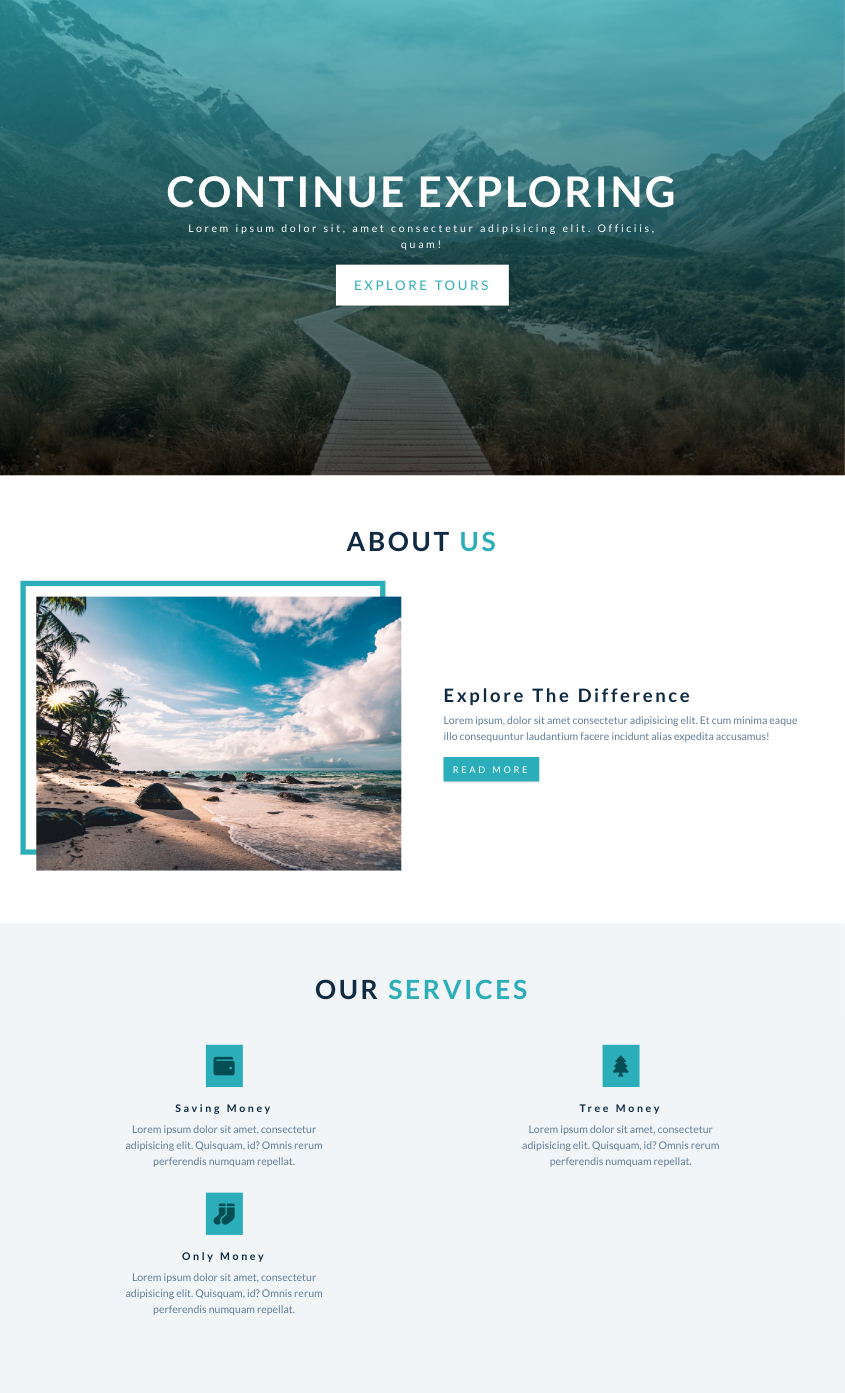
Repository: Ndifoinhilary/flexbox-project
Page: index.html
The author's editor kept a copy of each file at every save. The page is drawn from the files as they stood at one save, then again after the next save.
The browser window is 1280 px wide. The pictures show the whole page, at 66% of full size.

Above is the page before, as saved 2024-01-21 15:27:10.

### index.html
<!DOCTYPE html>
<html lang="en">
  <head>
    <meta charset="UTF-8" />
    <meta name="viewport" content="width=device-width, initial-scale=1.0" />
    <meta http-equiv="X-UA-Compatible" content="ie=edge" />
    <title>Backroads || Tour Company</title>
    <!-- favicon -->
    <link rel="shortcut icon" href="./images/favicon.ico" type="image/x-icon" />
    <!-- font-awesome -->
    <link rel="stylesheet" href="fontawesome-free-5.9.0-web/css/all.min.css" />
    <!-- styles css -->
    <link rel="stylesheet" href="./css/main.css" />
  </head>
  <body>
    <header id="home">
      <!-- nav bar -->
      <!-- end of nav bar -->
  <!-- hero section  -->
  <div class="hero">
    <div class="hero-banner">
      <h1>continue exploring</h1>
      <p>Lorem ipsum dolor sit, amet consectetur adipisicing elit. Officiis, quam!</p>
      <a href="#feature" class="btn hero-btn scroll-link ">explore tours</a>
    </div>
  </div>
   <!-- end of hero section  -->
    </header>
    <!-- end of header -->
   <!-- section -->
    <section class="section" id="about">
      <!-- section title -->
      <div class="section-title">
        <h2>about <span>us</span></h2>
      </div>
            <!-- section title -->
        <div class="section-center about-center">
          <!-- about image wrapper -->
          <article class="about-img">
            <img src="./images/about.jpeg"  class="about-photo" alt="awesome">
          </article>
          <!-- about infor -->
          <artilce class="about-info">
            <h3>explore the difference</h3>
            <p>Lorem ipsum, dolor sit amet consectetur adipisicing elit. Et cum minima eaque illo consequuntur laudantium facere incidunt alias expedita accusamus!</p>
            <a href="#" class="btn">read more</a>
          </artilce>
        </div>
    </section>
    <!-- end of about  section -->


    <!-- service section start -->

    <section class="section services" id="servics">
      <div class="section-title">
        <h2>our <span>services</span></h2>
      </div>
      <div class="section-center services-center">
        <!-- single service -->
        <article class="service">
          <span class="service-icon">
            <i class="fas fa-wallet fa-fw"></i>
          </span>
          <div class="service-info">
            <h4 class="service-title" >saving money</h4>
            <p class="service-text"> Lorem ipsum dolor sit
              amet, consectetur adipisicing elit. Quisquam, id?
               Omnis rerum perferendis numquam repellat.</p>
          </div>
        </article>
        <article class="service">
          <span class="service-icon">
            <i class="fas fa-tree fa-fw"></i>
          </span>
          <div class="service-info">
            <h4 class="service-title" >tree money</h4>
            <p class="service-text"> Lorem ipsum dolor sit
              amet, consectetur adipisicing elit. Quisquam, id?
               Omnis rerum perferendis numquam repellat.</p>
          </div>
        </article>
         <article class="service">
          <span class="service-icon">
            <i class="fas fa-socks fa-fw"></i>
          </span>
          <div class="service-info">
            <h4 class="service-title" >only  money</h4>
            <p class="service-text"> Lorem ipsum dolor sit
              amet, consectetur adipisicing elit. Quisquam, id?
               Omnis rerum perferendis numquam repellat.</p>
          </div>
        </article>
      </div>
      </section>



    <!-- end of service section start -->
  </body>
</html>

### css/main.css
/*
===============
Fonts
===============
*/
@import url("https://fonts.googleapis.com/css?family=Lato:400,700&display=swap");

/*
===============
Variables
===============
*/

:root {
  /* dark shades of primary color*/
  --clr-primary-1: hsl(184, 91%, 17%);
  --clr-primary-2: hsl(185, 84%, 25%);
  --clr-primary-3: hsl(185, 81%, 29%);
  --clr-primary-4: hsl(184, 77%, 34%);
  /* primary/main color */
  --clr-primary-5: hsl(185, 62%, 45%);
  /* lighter shades of primary color */
  --clr-primary-6: hsl(185, 57%, 50%);
  --clr-primary-7: hsl(184, 65%, 59%);
  --clr-primary-8: hsl(184, 80%, 74%);
  --clr-primary-9: hsl(185, 94%, 87%);
  --clr-primary-10: hsl(186, 100%, 94%);
  /* darkest grey - used for headings */
  --clr-grey-1: hsl(209, 61%, 16%);
  --clr-grey-2: hsl(211, 39%, 23%);
  --clr-grey-3: hsl(209, 34%, 30%);
  --clr-grey-4: hsl(209, 28%, 39%);
  /* grey used for paragraphs */
  --clr-grey-5: hsl(210, 22%, 49%);
  --clr-grey-6: hsl(209, 23%, 60%);
  --clr-grey-7: hsl(211, 27%, 70%);
  --clr-grey-8: hsl(210, 31%, 80%);
  --clr-grey-9: hsl(212, 33%, 89%);
  --clr-grey-10: hsl(210, 36%, 96%);
  --clr-white: #fff;
  --ff-primary: "Lato", sans-serif;
  --transition: all 0.3s linear;
  --spacing: 0.25rem;
  --radius: 0.5rem;
  --light-shadow: 0 5px 15px rgba(0, 0, 0, 0.1);
  --dark-shadow: 0 5px 15px rgba(0, 0, 0, 0.2);
}
/*
===============
Global Styles
===============
*/

* {
  margin: 0;
  padding: 0;
  box-sizing: border-box;
}
body {
  font-family: var(--ff-primary);
  background: var(--clr-white);
  color: var(--clr-grey-1);
  line-height: 1.5;
  font-size: 0.875rem;
}
a {
  text-decoration: none;
}
/* img:not(.nav-logo) {
  width: 100%;
  display: block;
} */
img {
  width: 100%;
  display: block;
}
h1,
h2,
h3,
h4 {
  letter-spacing: var(--spacing);
  text-transform: capitalize;
  line-height: 1.25;
  margin-bottom: 0.75rem;
}
h1 {
  font-size: 3rem;
}
h2 {
  font-size: 2rem;
}
h3 {
  font-size: 1.25rem;
}
h4 {
  font-size: 0.875rem;
}
p {
  margin-bottom: 1.25rem;
  color: var(--clr-grey-5);
}
@media screen and (min-width: 800px) {
  h1 {
    font-size: 4rem;
  }
  h2 {
    font-size: 2.5rem;
  }
  h3 {
    font-size: 1.75rem;
  }
  h4 {
    font-size: 1rem;
  }
  body {
    font-size: 1rem;
  }
  h1,
  h2,
  h3,
  h4 {
    line-height: 1;
  }
}
/*  global classes */

.btn {
  text-transform: uppercase;
  background: var(--clr-primary-5);
  color: var(--clr-white);
  padding: 0.375rem 0.75rem;
  letter-spacing: var(--spacing);
  display: inline-block;
  /* font-weight: 700; */
  transition: var(--transition);
  font-size: 0.875rem;
  border: 2px solid transparent;
  cursor: pointer;
  box-shadow: 0 1px 3px rgba(0, 0, 0, 0.2);
}
.btn:hover {
  color: var(--clr-primary-1);
  background: var(--clr-primary-8);
}
.section {
  padding: 5rem 0;
}
.section-title {
  text-align: center;
  margin-bottom: 4rem;
}
.section-title h2 {
  text-transform: uppercase;
}
.section-title span {
  color: var(--clr-primary-5);
}
.section-center {
  width: 90vw;
  margin: 0 auto;
  max-width: 1170px;
}
@media screen and (min-width: 992px) {
  .section-center {
    width: 95vw;
  }
}
/*
===============
Navbar
===============
*/

/*
===============
Hero
===============
*/
.hero {
  min-height: 100vh;
  background: var(--clr-primary-5);
  display: flex;
  justify-content: center;
  align-items: center;
}
.hero-banner {
  text-align: center;
  color: var(--clr-white);
  padding: 0 3rem;
}
.hero-banner h1 {
  text-transform: uppercase;
}
.hero-banner p {
  max-width: 35rem;
  margin-left: auto;
  margin-right: auto;
  color: var(--clr-white);
  letter-spacing: var(--spacing);
}
.hero-btn {
  padding: 0.9rem 1.6rem;
  font-size: 1.25rem;
  background: var(--clr-white);
  color: var(--clr-primary-5);
}
.hero-btn:hover {
  background: transparent;
  color: var(--clr-white);
  border-color: var(--clr-white);
}
@media screen and (min-width: 768px) {
  .hero {
    background: linear-gradient(rgb(44, 174, 186, 0.7), rgba(0, 0, 0, 0.7)),
      url("../images/main.jpeg") center/cover no-repeat;
  }
  .hero-banner {
    padding: 0;
  }
  .hero-banner p {
    max-width: 45rem;
  }
}
/*
===============
About
===============
*/
/* section add to globals */
/* title add to globals */
/* section center add to globals */
.about-img,
.about-info {
  margin-bottom: 2rem;
}
@media screen and (min-width: 992px) {
  .about-center {
    display: flex;
    justify-content: space-between;
    flex-wrap: wrap;
  }
  .about-img,
  .about-info {
    flex: 0 0 calc(50% - 2rem);
    margin-bottom: 0;
    align-self: center;
  }
}

@media screen and (min-width: 1170px) {
  .about-img::before{
    content: "";
    position: absolute;
    border: 0.5rem solid var(--clr-primary-5);
    box-sizing: border-box;
    height: 100%;
    width: 100%;
    top: -1.5rem;
    left: -1.5rem;

  }
  .about-img{
    position: relative;
  }
  .about-photo{
    position: relative ;
  }
}
/*
===============
Services
===============
*/
.services{
  background: var(--clr-grey-10);
}
.service{
  text-align: center;
  margin-bottom: 3rem;
}
.service-icon{
  background: var(--clr-primary-5);
  color: var(--clr-primary-1);
  padding: 0.5rem;
  display: inline-block;
  font-size: 2rem;
  margin-bottom: 1.5rem;
}

.service-text{
  max-width: 20rem;
  margin-left: auto;
  margin-right: auto;
}



@media screen  and (min-width:576px) {
  .section-center{
    display: flex;
    justify-content: space-between;
    flex-wrap: wrap;
  }
  .service{
    flex: 0 0 calc(50% - 1rem);
    margin-bottom: 1rem;
  }
}
@media screen  and (min-width:992px) {
  .section-center{
    display: flex;
    justify-content: space-between;
    flex-wrap: wrap;
  }
  .service{
    flex: 0 0 calc(50% - 1rem);
    margin-bottom: 1rem;
  }
}
/*
===============
Featured Tours
===============
*/
/*
===============
Deals
===============
*/
/*
===============
Gallery
===============
*/

/*
===============
Footer
===============
*/

Loaded but not shown: fontawesome-free-5.9.0-web/css/all.min.css (library)

After the next save:
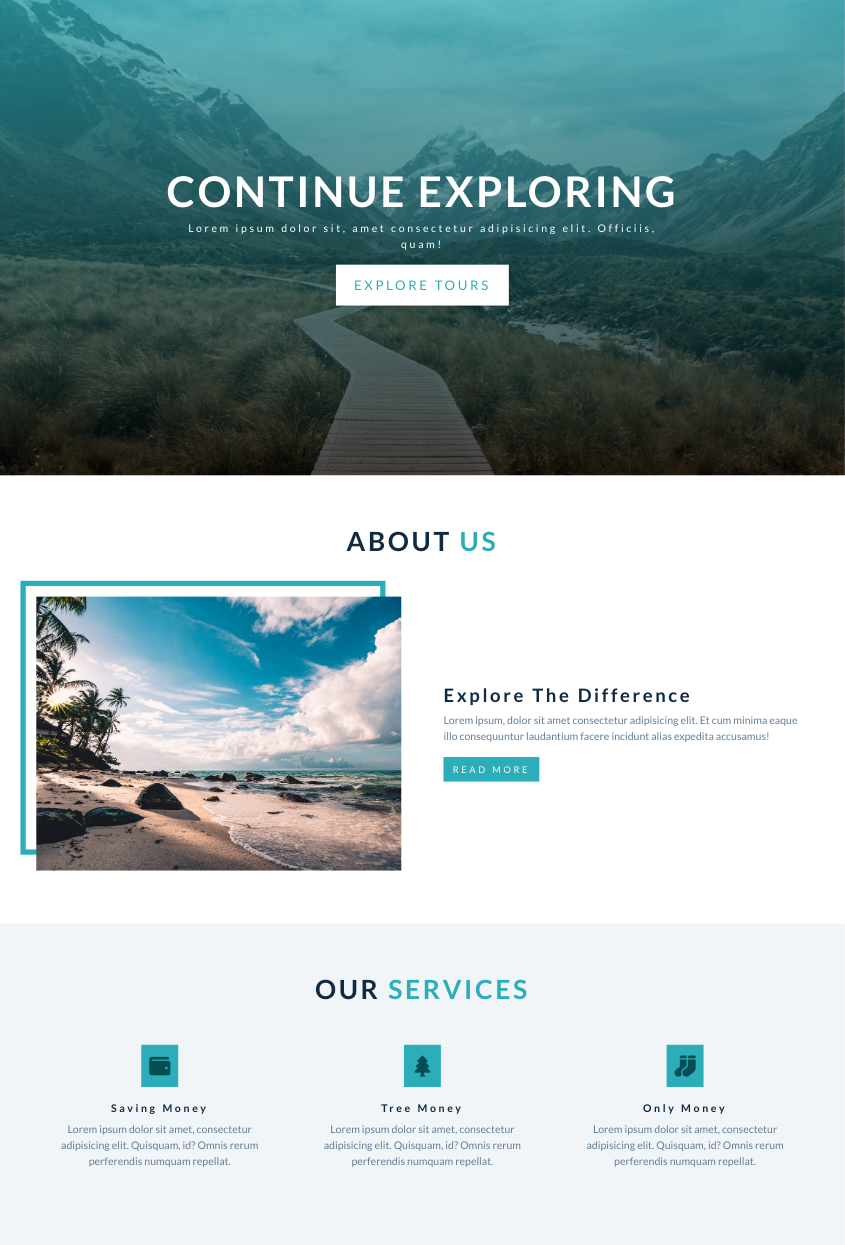
Saved 31 s later.
--- a/css/main.css
+++ b/css/main.css
@@ -307,14 +307,8 @@ Services
   }
 }
 @media screen  and (min-width:992px) {
-  .section-center{
-    display: flex;
-    justify-content: space-between;
-    flex-wrap: wrap;
-  }
-  .service{
-    flex: 0 0 calc(50% - 1rem);
-    margin-bottom: 1rem;
+.service{
+    flex: 0 0 calc(33.333% - 1rem);
   }
 }
 /*
